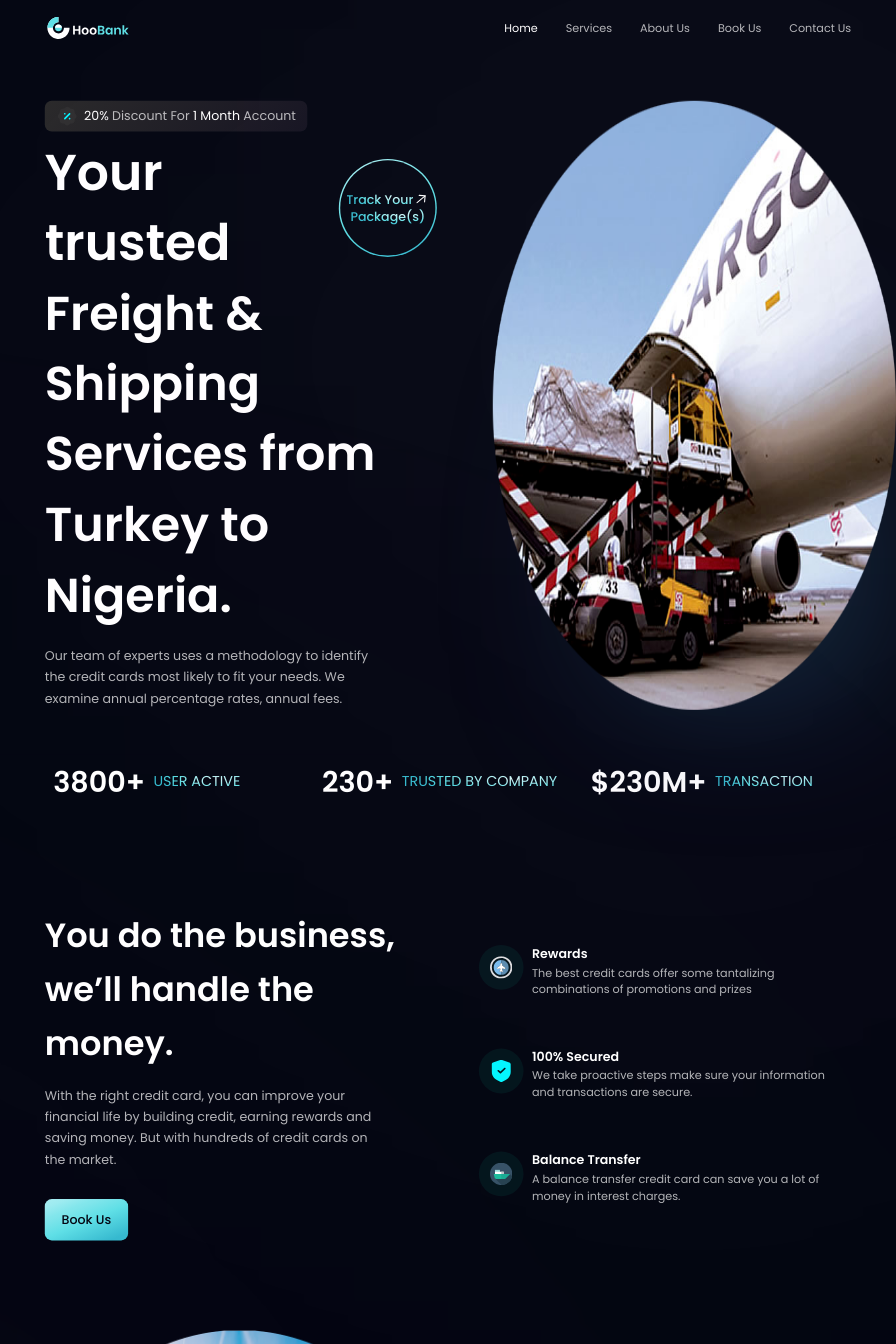
Repository: Miracleoluebube/captionlogistics
Page: /
These files come from the project's save history. The page is drawn as it stood at one moment and after the next save; the edit follows.
The browser window is 1280 px wide. The pictures show the part of the page from y = 0 to 1920 px (the page is 5317 px tall before and 5418 px after), at 70% of full size.
The project was rebuilt for these pictures with package versions that can differ from the ones it lists, and the page was loaded fresh each time. Also part of the build but not shown: vite.config.js.

Above is the page before, as saved 2022-10-01 11:42:15.

### src/index.css
/* :root {
  font-family: Inter, Avenir, Helvetica, Arial, sans-serif;
  font-size: 16px;
  line-height: 24px;
  font-weight: 400;

  color-scheme: light dark;
  color: rgba(255, 255, 255, 0.87);
  background-color: #242424;

  font-synthesis: none;
  text-rendering: optimizeLegibility;
  -webkit-font-smoothing: antialiased;
  -moz-osx-font-smoothing: grayscale;
  -webkit-text-size-adjust: 100%;
}

a {
  font-weight: 500;
  color: #646cff;
  text-decoration: inherit;
}
a:hover {
  color: #535bf2;
}

body {
  margin: 0;
  display: flex;
  place-items: center;
  min-width: 320px;
  min-height: 100vh;
}

h1 {
  font-size: 3.2em;
  line-height: 1.1;
}

button {
  border-radius: 8px;
  border: 1px solid transparent;
  padding: 0.6em 1.2em;
  font-size: 1em;
  font-weight: 500;
  font-family: inherit;
  background-color: #1a1a1a;
  cursor: pointer;
  transition: border-color 0.25s;
}
button:hover {
  border-color: #646cff;
}
button:focus,
button:focus-visible {
  outline: 4px auto -webkit-focus-ring-color;
}
*/

@import url("https://fonts.googleapis.com/css2?family=Poppins:wght@400;500;600;700;800;900&display=swap");

@tailwind base;
@tailwind components;
@tailwind utilities;

:root {
  --black-gradient: linear-gradient(
    144.39deg,
    #ffffff -278.56%,
    #6d6d6d -78.47%,
    #11101d 91.61%
  );
  --card-shadow: 0px 20px 100px -10px rgba(66, 71, 91, 0.1);
}

* {
  scroll-behavior: smooth;
}

.text-gradient {
  background: radial-gradient(
    64.18% 64.18% at 71.16% 35.69%,
    #def9fa 0.89%,
    #bef3f5 17.23%,
    #9dedf0 42.04%,
    #7de7eb 55.12%,
    #5ce1e6 71.54%,
    #33bbcf 100%
  );
  -webkit-background-clip: text;
  -webkit-text-fill-color: transparent;
  background-clip: text;
  text-fill-color: transparent;
}

.bg-blue-gradient {
  background: linear-gradient(
    157.81deg,
    #def9fa -43.27%,
    #bef3f5 -21.24%,
    #9dedf0 12.19%,
    #7de7eb 29.82%,
    #5ce1e6 51.94%,
    #33bbcf 90.29%
  );
}

.bg-black-gradient {
  background: linear-gradient(
    144.39deg,
    #ffffff -278.56%,
    #6d6d6d -78.47%,
    #11101d 91.61%
  );
}

.bg-black-gradient-2 {
  background: linear-gradient(
    -168.39deg,
    #ffffff -278.56%,
    #6d6d6d -78.47%,
    #11101d 91.61%
  );
}

.bg-gray-gradient {
  background: linear-gradient(
    153.47deg,
    rgba(255, 255, 255, 0) -341.94%,
    #14101d 95.11%
  );
}

.bg-discount-gradient {
  background: linear-gradient(125.17deg, #272727 0%, #11101d 100%);
}

.box-shadow {
  box-shadow: 0px 20px 100px -10px rgba(66, 71, 91, 0.1);
}

.sidebar {
  -webkit-animation: slide-top 0.5s cubic-bezier(0.25, 0.46, 0.45, 0.94) both;
  animation: slide-top 0.5s cubic-bezier(0.25, 0.46, 0.45, 0.94) both;
}

@-webkit-keyframes slide-top {
  0% {
    -webkit-transform: translateY(100px);
    transform: translateY(100px);
  }
  100% {
    -webkit-transform: translateY(0);
    transform: translateY(0);
  }
}

@keyframes slide-top {
  0% {
    -webkit-transform: translateY(100px);
    transform: translateY(100px);
  }
  100% {
    -webkit-transform: translateY(0);
    transform: translateY(0);
  }
}

.feature-card:hover {
  background: var(--black-gradient);
  box-shadow: var(--card-shadow);
}

.feedback-container .feedback-card:last-child {
  margin-right: 0px;
}

.feedback-card {
  background: transparent;
}

.feedback-card:hover {
  background: var(--black-gradient);
}

.blue__gradient {
  background: linear-gradient(180deg, rgba(188, 165, 255, 0) 0%, #214d76 100%);
  filter: blur(123px);
}

.pink__gradient {
  background: linear-gradient(90deg, #f4c4f3 0%, #fc67fa 100%);
  filter: blur(900px);
}

.white__gradient {
  background: rgba(255, 255, 255, 0.6);
  filter: blur(750px);
}


@media (prefers-color-scheme: light) {
  :root {
    color: #213547;
    background-color: #ffffff;
  }
  a:hover {
    color: #747bff;
  }
  button {
    background-color: #f9f9f9;
  }
}

### src/style.js
const styles = {
  boxWidth: "xl:max-w-[1280px] w-full",

  heading2: "font-poppins font-semibold xs:text-[48px] text-[40px] text-white xs:leading-[76.8px] leading-[66.8px] w-full",
  paragraph: "font-poppins font-normal text-dimWhite text-[18px] leading-[30.8px]",

  flexCenter: "flex justify-center items-center",
  flexStart: "flex justify-center items-start",

  paddingX: "sm:px-16 px-6",
  paddingY: "sm:py-16 py-6",
  padding: "sm:px-16 px-6 sm:py-12 py-4",

  marginX: "sm:mx-16 mx-6",
  marginY: "sm:my-16 my-6",
};

export const layout = {
  section: `flex md:flex-row flex-col ${styles.paddingY}`,
  sectionReverse: `flex md:flex-row flex-col-reverse ${styles.paddingY}`,

  sectionImgReverse: `flex-1 flex ${styles.flexCenter} md:mr-10 mr-0 md:mt-0 mt-10 relative`,
  sectionImg: `flex-1 flex ${styles.flexCenter} md:ml-10 ml-0 md:mt-0 mt-10 relative`,

  sectionInfo: `flex-1 ${styles.flexStart} flex-col`,
};

export default styles;

### src/components/Navbar.jsx
import { useState } from "react";

import { close, logo, menu } from "../assets";
import { navLinks } from "../constants";

const Navbar = () => {
  const [active, setActive] = useState("Home");
  const [toggle, setToggle] = useState(false);

  return (
    <nav className="w-full flex py-6 justify-between items-center navbar">
      <img src={logo} alt="hoobank" className="w-[124px] h-[32px]" />

      <ul className="list-none sm:flex hidden justify-end items-center flex-1">
        {navLinks.map((nav, index) => (
          <li
            key={nav.id}
            className={`font-poppins font-normal cursor-pointer text-[16px] ${
              active === nav.title ? "text-white" : "text-dimWhite"
            } ${index === navLinks.length - 1 ? "mr-0" : "mr-10"}`}
            onClick={() => setActive(nav.title)}
          >
            <a href={`#${nav.id}`}>{nav.title}</a>
          </li>
        ))}
      </ul>

      <div className="sm:hidden flex flex-1 justify-end items-center">
        <img
          src={toggle ? close : menu}
          alt="menu"
          className="w-[28px] h-[28px] object-contain"
          onClick={() => setToggle(!toggle)}
        />

        <div
          className={`${
            !toggle ? "hidden" : "flex"
          } p-6 bg-black-gradient absolute top-20 right-0 mx-4 my-2 min-w-[140px] rounded-xl sidebar`}
        >
          <ul className="list-none flex justify-end items-start flex-1 flex-col">
            {navLinks.map((nav, index) => (
              <li
                key={nav.id}
                className={`font-poppins font-medium cursor-pointer text-[16px] ${
                  active === nav.title ? "text-white" : "text-dimWhite"
                } ${index === navLinks.length - 1 ? "mb-0" : "mb-4"}`}
                onClick={() => setActive(nav.title)}
              >
                <a href={`#${nav.id}`}>{nav.title}</a>
              </li>
            ))}
          </ul>
        </div>
      </div>
    </nav>
  );
};

export default Navbar;

### src/components/Billing.jsx
import { apple, bill, google } from "../assets";
import styles, { layout } from "../style";

const Billing = () => (
  <section id="product" className={layout.sectionReverse}>
    <div className={layout.sectionImgReverse}>
      <img src={bill} alt="billing" className="w-[100%] h-[100%] relative z-[5]" />

      {/* gradient start */}
      <div className="absolute z-[3] -left-1/2 top-0 w-[50%] h-[50%] rounded-full white__gradient" />
      <div className="absolute z-[0] w-[50%] h-[50%] -left-1/2 bottom-0 rounded-full pink__gradient" />
      {/* gradient end */}
    </div>

    <div className={layout.sectionInfo}>
      <h2 className={styles.heading2}>
        Easily control your <br className="sm:block hidden" /> billing &
        invoicing
      </h2>
      <p className={`${styles.paragraph} max-w-[470px] mt-5`}>
        Elit enim sed massa etiam. Mauris eu adipiscing ultrices ametodio
        aenean neque. Fusce ipsum orci rhoncus aliporttitor integer platea
        placerat.
      </p>

      <div className="flex flex-row flex-wrap sm:mt-10 mt-6">
        <img src={apple} alt="google_play" className="w-[128.86px] h-[42.05px] object-contain mr-5 cursor-pointer" />
        <img src={google} alt="google_play" className="w-[144.17px] h-[43.08px] object-contain cursor-pointer" />
      </div>
    </div>
  </section>
);

export default Billing;

### src/components/CardDeal.jsx
import { card } from "../assets";
import styles, { layout } from "../style";
import Button from "./Button";

const CardDeal = () => (
  <section id="book Us" className={layout.section}>
    <div className={layout.sectionInfo}>
      <h2 className={styles.heading2}>
        Find a better card deal <br className="sm:block hidden" /> in few easy
        steps.
      </h2>
      <p className={`${styles.paragraph} max-w-[470px] mt-5`}>
        Arcu tortor, purus in mattis at sed integer faucibus. Aliquet quis
        aliquet eget mauris tortor.ç Aliquet ultrices ac, ametau.
      </p>

      <Button styles={`mt-10`} />
    </div>

    <div className={layout.sectionImg}>
      <img src={card} alt="billing" className="w-[100%] h-[100%]" />
    </div>
  </section>
);

export default CardDeal;

### src/components/Business.jsx
import { features } from "../constants";
import styles, { layout } from "../style";
import Button from "./Button";

const FeatureCard = ({ icon, title, content, index }) => (
  <div className={`flex flex-row p-6 rounded-[20px] ${index !== features.length - 1 ? "mb-6" : "mb-0"} feature-card`}>
    <div className={`w-[64px] h-[64px] rounded-full ${styles.flexCenter} bg-dimBlue`}>
      <img src={icon} alt="star" className="w-[50%] h-[50%] object-contain" />
    </div>
    <div className="flex-1 flex flex-col ml-3">
      <h4 className="font-poppins font-semibold text-white text-[18px] leading-[23.4px] mb-1">
        {title}
      </h4>
      <p className="font-poppins font-normal text-dimWhite text-[16px] leading-[24px]">
        {content}
      </p>
    </div>
  </div>
);

const Business = () =>  (
  <section id="features" className={layout.section}>
    <div className={layout.sectionInfo}>
      <h2 className={styles.heading2}>
        You do the business, <br className="sm:block hidden" /> we’ll handle
        the money.
      </h2>
      <p className={`${styles.paragraph} max-w-[470px] mt-5`}>
        With the right credit card, you can improve your financial life by
        building credit, earning rewards and saving money. But with hundreds
        of credit cards on the market.
      </p>

      <Button styles={`mt-10`} />
    </div>

    <div className={`${layout.sectionImg} flex-col`}>
      {features.map((feature, index) => (
        <FeatureCard key={feature.id} {...feature} index={index} />
      ))}
    </div>
  </section>
);

export default Business;

### src/components/CTA.jsx
import styles from "../style";
import Button from "./Button";

const CTA = () => (
  <section className={`${styles.flexCenter} ${styles.marginY} ${styles.padding} sm:flex-row flex-col bg-black-gradient-2 rounded-[20px] box-shadow`}>
    <div className="flex-1 flex flex-col">
      <h2 className={styles.heading2}>Let’s try our service now!</h2>
      <p className={`${styles.paragraph} max-w-[470px] mt-5`}>
        Everything you need to accept card payments and grow your business
        anywhere on the planet.
      </p>
    </div>

    <div  className={`${styles.flexCenter} sm:ml-10 ml-0 sm:mt-0 mt-10`}>
      <Button />
    </div>
  </section>
);

export default CTA;

### src/components/Stats.jsx
import { stats } from "../constants";
import styles from "../style";

const Stats = () => (
  <section className={`${styles.flexCenter} flex-row flex-wrap sm:mb-20 mb-6`}>
    {stats.map((stat) => (
      <div key={stat.id} className={`flex-1 flex justify-start items-center flex-row m-3`} >
        <h4 className="font-poppins font-semibold xs:text-[40.89px] text-[30.89px] xs:leading-[53.16px] leading-[43.16px] text-white">
          {stat.value}
        </h4>
        <p className="font-poppins font-normal xs:text-[20.45px] text-[15.45px] xs:leading-[26.58px] leading-[21.58px] text-gradient uppercase ml-3">
          {stat.title}
        </p>
      </div>
    ))}
  </section>
);

export default Stats;

### src/components/Footer.jsx
import styles from "../style";
import { logo } from "../assets";
import { footerLinks, socialMedia } from "../constants";

const Footer = () => (
  <section className={`${styles.flexCenter} ${styles.paddingY} flex-col`}>
    <div className={`${styles.flexStart} md:flex-row flex-col mb-8 w-full`}>
      <div className="flex-[1] flex flex-col justify-start mr-10">
        <img
          src={logo}
          alt="hoobank"
          className="w-[266px] h-[72.14px] object-contain"
        />
        <p className={`${styles.paragraph} mt-4 max-w-[312px]`}>
          A new way to make the payments easy, reliable and secure.
        </p>
      </div>

      <div className="flex-[1.5] w-full flex flex-row justify-between flex-wrap md:mt-0 mt-10">
        {footerLinks.map((footerlink) => (
          <div key={footerlink.title} className={`flex flex-col ss:my-0 my-4 min-w-[150px]`}>
            <h4 className="font-poppins font-medium text-[18px] leading-[27px] text-white">
              {footerlink.title}
            </h4>
            <ul className="list-none mt-4">
              {footerlink.links.map((link, index) => (
                <li
                  key={link.name}
                  className={`font-poppins font-normal text-[16px] leading-[24px] text-dimWhite hover:text-secondary cursor-pointer ${
                    index !== footerlink.links.length - 1 ? "mb-4" : "mb-0"
                  }`}
                >
                  {link.name}
                </li>
              ))}
            </ul>
          </div>
        ))}
      </div>
    </div>

    <div className="w-full flex justify-between items-center md:flex-row flex-col pt-6 border-t-[1px] border-t-[#3F3E45]">
      <p className="font-poppins font-normal text-center text-[18px] leading-[27px] text-white">
        Copyright Ⓒ 2022 HooBank. All Rights Reserved.
      </p>

      <div className="flex flex-row md:mt-0 mt-6">
        {socialMedia.map((social, index) => (
          <img
            key={social.id}
            src={social.icon}
            alt={social.id}
            className={`w-[21px] h-[21px] object-contain cursor-pointer ${
              index !== socialMedia.length - 1 ? "mr-6" : "mr-0"
            }`}
            onClick={() => window.open(social.link)}
          />
        ))}
      </div>
    </div>
  </section>
);

export default Footer;

### src/components/Testimonials.jsx
import { feedback } from "../constants";
import styles from "../style";
import FeedbackCard from "./FeedbackCard";

const Testimonials = () => (
  <section id="clients" className={`${styles.paddingY} ${styles.flexCenter} flex-col relative `}>
    <div className="absolute z-[0] w-[60%] h-[60%] -right-[50%] rounded-full blue__gradient bottom-40" />

    <div className="w-full flex justify-between items-center md:flex-row flex-col sm:mb-16 mb-6 relative z-[1]">
      <h2 className={styles.heading2}>
        What People are <br className="sm:block hidden" /> saying about us
      </h2>
      <div className="w-full md:mt-0 mt-6">
        <p className={`${styles.paragraph} text-left max-w-[450px]`}>
          Everything you need to accept card payments and grow your business
          anywhere on the planet.
        </p>
      </div>
    </div>

    <div className="flex flex-wrap sm:justify-start justify-center w-full feedback-container relative z-[1]">
      {feedback.map((card) => <FeedbackCard key={card.id} {...card} />)}
    </div>
  </section>
);

export default Testimonials;

### src/components/Hero.jsx
import styles from "../style";
import { discount, robot } from "../assets";
import GetStarted from "./GetStarted";

const Hero = () => {
  return (
    <section id="home" className={`flex md:flex-row flex-col ${styles.paddingY}`}>
      <div className={`flex-1 ${styles.flexStart} flex-col xl:px-0 sm:px-16 px-6`}>
        <div className="flex flex-row items-center py-[6px] px-4 bg-discount-gradient rounded-[10px] mb-2">
          <img src={discount} alt="discount" className="w-[32px] h-[32px]" />
          <p className={`${styles.paragraph} ml-2`}>
            <span className="text-white">20%</span> Discount For{" "}
            <span className="text-white">1 Month</span> Account
          </p>
        </div>

        <div className="flex flex-row justify-between items-center w-full">
          <h1 className="flex-1 font-poppins font-semibold ss:text-[72px] text-[52px] text-white ss:leading-[100.8px] leading-[75px]">
            Your trusted <br className="sm:block hidden" />{" "}
            <span className="text-gradient"></span>{" "}
          </h1>
          <div className="ss:flex hidden md:mr-4 mr-0">
            <GetStarted />
          </div>
        </div>

        <h1 className="font-poppins font-semibold ss:text-[68px] text-[52px] text-white ss:leading-[100.8px] leading-[75px] w-full">
  Freight & Shipping Services from Turkey to Nigeria.
        </h1>
        <p className={`${styles.paragraph} max-w-[470px] mt-5`}>
          Our team of experts uses a methodology to identify the credit cards
          most likely to fit your needs. We examine annual percentage rates,
          annual fees.
        </p>
      </div>

      <div className={`flex-1 flex ${styles.flexCenter} md:my-0 my-10 relative`}>
        <img src={robot} alt="billing" className="w-[100%] h-[100%] relative z-[5]" />

        {/* gradient start */}
        <div className="absolute z-[0] w-[40%] h-[35%] top-0 pink__gradient" />
        <div className="absolute z-[1] w-[80%] h-[80%] rounded-full white__gradient bottom-40" />
        <div className="absolute z-[0] w-[50%] h-[50%] right-20 bottom-20 blue__gradient" />
        {/* gradient end */}
      </div>

      <div className={`ss:hidden ${styles.flexCenter}`}>
        <GetStarted />
      </div>
    </section>
  );
};

export default Hero;

### src/assets/index.js
import airbnb from "./airbnb.png";
import bill from "./bill.png";
import binance from "./binance.png";
import card from "./card.png";
import coinbase from "./coinbase.png";
import dropbox from "./dropbox.png";
import logo from "./logo.svg";
import quotes from "./quotes.svg";
import robot from "./robot.png";
import send from "./Send.svg";
import shield from "./Shield.svg";
import star from "./Star.svg";
import menu from "./menu.svg";
import close from "./close.svg";
import google from "./google.svg";
import apple from "./apple.svg";
import arrowUp from "./arrow-up.svg";
import discount from "./Discount.svg";
import facebook from "./facebook.svg";
import instagram from "./instagram.svg";
import linkedin from "./linkedin.svg";
import twitter from "./twitter.svg";
import people01 from "./people01.png";
import people02 from "./people02.png";
import people03 from "./people03.png";

export {
  airbnb,
  bill,
  binance,
  card,
  coinbase,
  dropbox,
  logo,
  quotes,
  robot,
  send,
  shield,
  star,
  menu,
  close,
  google,
  apple,
  arrowUp,
  discount,
  facebook,
  instagram,
  linkedin,
  twitter,
  people01,
  people02,
  people03,
};

### src/components/Button.jsx
import React from "react";

const Button = ({ styles }) => (
  <button type="button" className={`py-4 px-6 font-poppins font-medium text-[18px] text-primary bg-blue-gradient rounded-[10px] outline-none ${styles}`}>
    Book Us
  </button>
);



export default Button;

### src/components/FeedbackCard.jsx
import { quotes } from "../assets";

const FeedbackCard = ({ content, name, title, img }) => (
  <div className="flex justify-between flex-col px-10 py-12 rounded-[20px]  max-w-[370px] md:mr-10 sm:mr-5 mr-0 my-5 feedback-card">
    <img src={quotes} alt="double_quotes" className="w-[42.6px] h-[27.6px] object-contain" />
    <p className="font-poppins font-normal text-[18px] leading-[32.4px] text-white my-10">
      {content}
    </p>

    <div className="flex flex-row">
      <img src={img} alt={name} className="w-[48px] h-[48px] rounded-full" />
      <div className="flex flex-col ml-4">
        <h4 className="font-poppins font-semibold text-[20px] leading-[32px] text-white">
          {name}
        </h4>
        <p className="font-poppins font-normal text-[16px] leading-[24px] text-dimWhite">
          {title}
        </p>
      </div>
    </div>
  </div>
);


export default FeedbackCard;

### src/components/GetStarted.jsx
import styles from "../style";
import { arrowUp } from "../assets";

const GetStarted = () => (
  <div className={`${styles.flexCenter} w-[140px] h-[140px] rounded-full bg-blue-gradient p-[2px] cursor-pointer`}>
    <div className={`${styles.flexCenter} flex-col bg-primary w-[100%] h-[100%] rounded-full`}>
      <div className={`${styles.flexStart} flex-row`}>
        <p className="font-poppins font-medium text-[18px] leading-[23.4px]">
          <span className="text-gradient">Track Your</span>
        </p>
        <img src={arrowUp} alt="arrow-up" className="w-[23px] h-[23px] object-contain" />
      </div>

      <p className="font-poppins font-medium text-[18px] leading-[23.4px]">
        <span className="text-gradient">Package(s)</span>
      </p>
    </div>
  </div>
);

export default GetStarted;

Loaded but not shown: index.html (common file); src/main.jsx (common file); src/App.jsx (common file); src/components/index.js (common file); src/components/Clients.jsx (common file); tailwind.config.cjs (common file); src/constants/index.js (202 lines, source omitted)

After the next save:
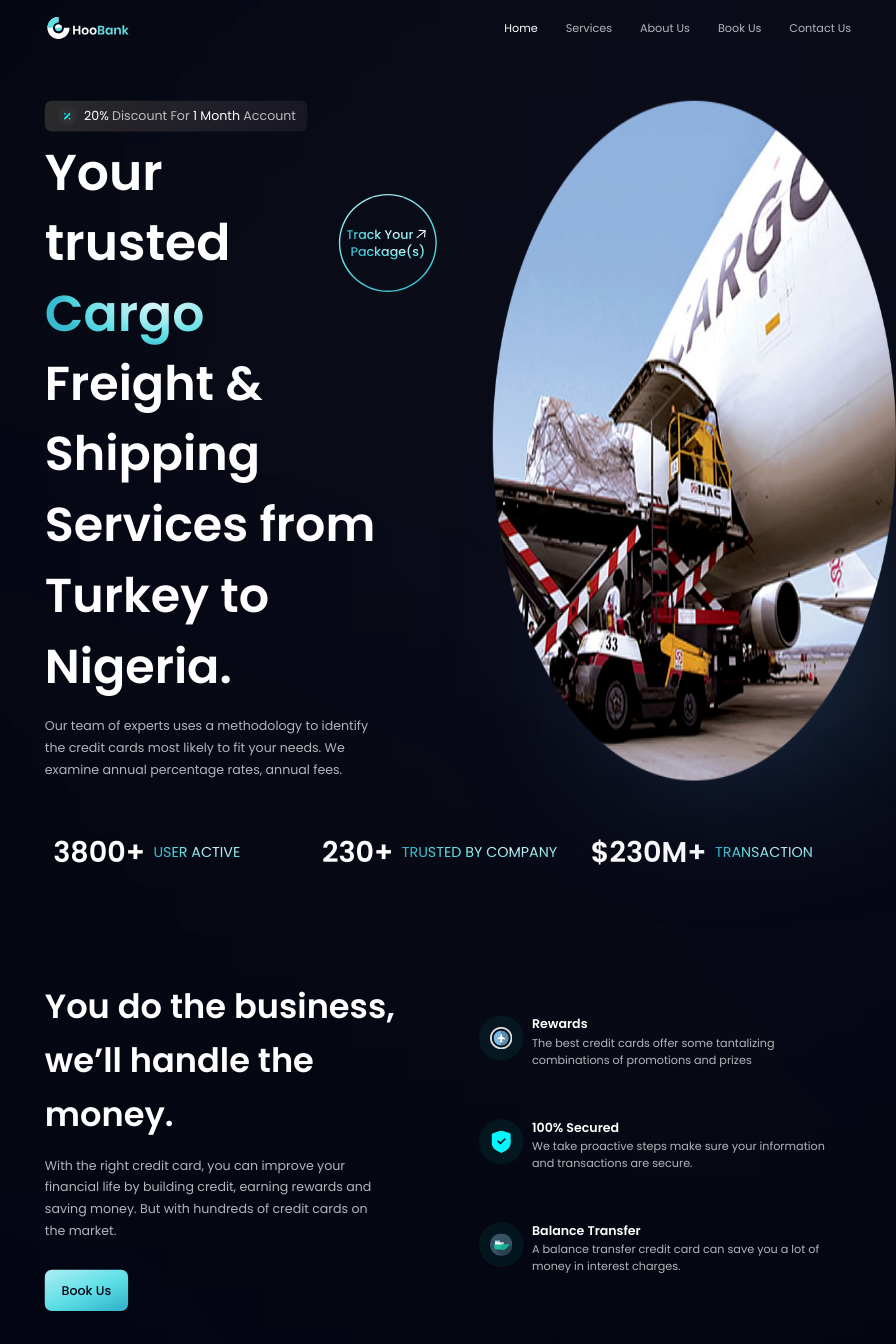
Saved 5 s later.
--- a/src/components/Hero.jsx
+++ b/src/components/Hero.jsx
@@ -17,7 +17,7 @@
         <div className="flex flex-row justify-between items-center w-full">
           <h1 className="flex-1 font-poppins font-semibold ss:text-[72px] text-[52px] text-white ss:leading-[100.8px] leading-[75px]">
             Your trusted <br className="sm:block hidden" />{" "}
-            <span className="text-gradient"></span>{" "}
+            <span className="text-gradient">Cargo</span>{" "}
           </h1>
           <div className="ss:flex hidden md:mr-4 mr-0">
             <GetStarted />
